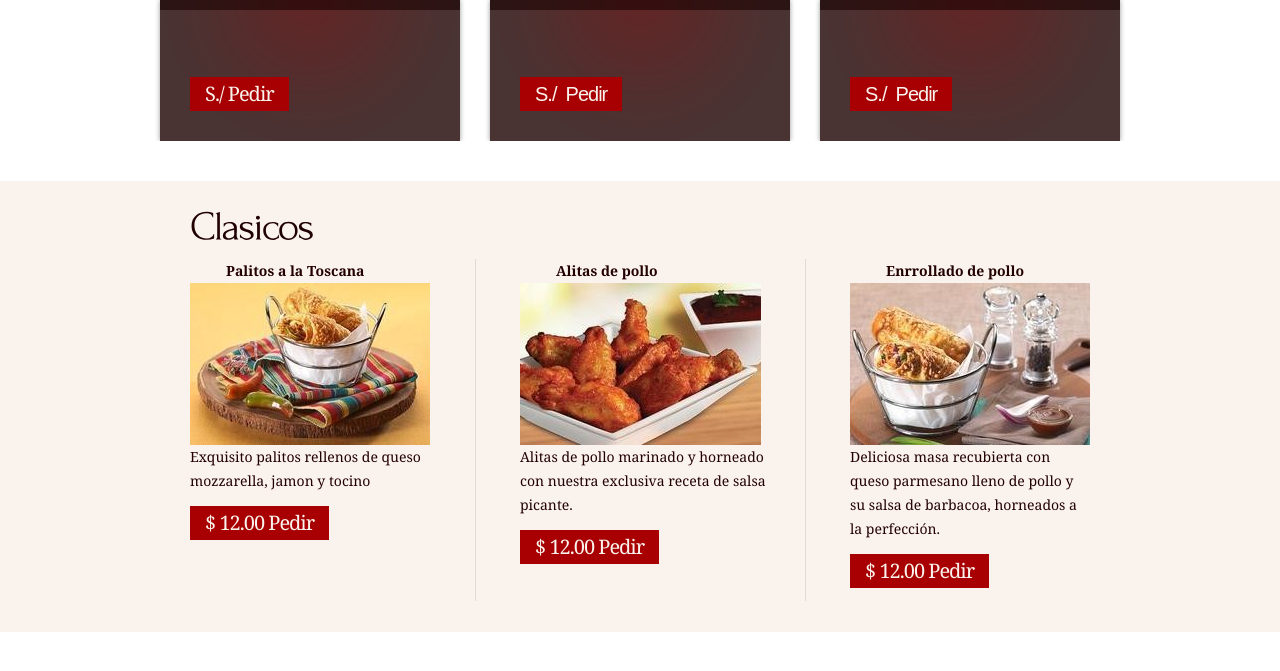
Repository: ProSoft-PDSI/sdsddo
Page: http://localhost/sdsr/Entrada
These files come from the project's save history. The page is drawn as it stood at one moment and after the next save; the edit follows.
The browser window is 1280 px wide. The pictures show the whole page.
The page is served by Tomcat 9. Queries for data that is not in the repository find no rows.

Above is the page before, as saved 2014-07-20 02:28:46.
Console error: TypeError: Cannot read properties of undefined (reading 'appendTo')

After the next save:
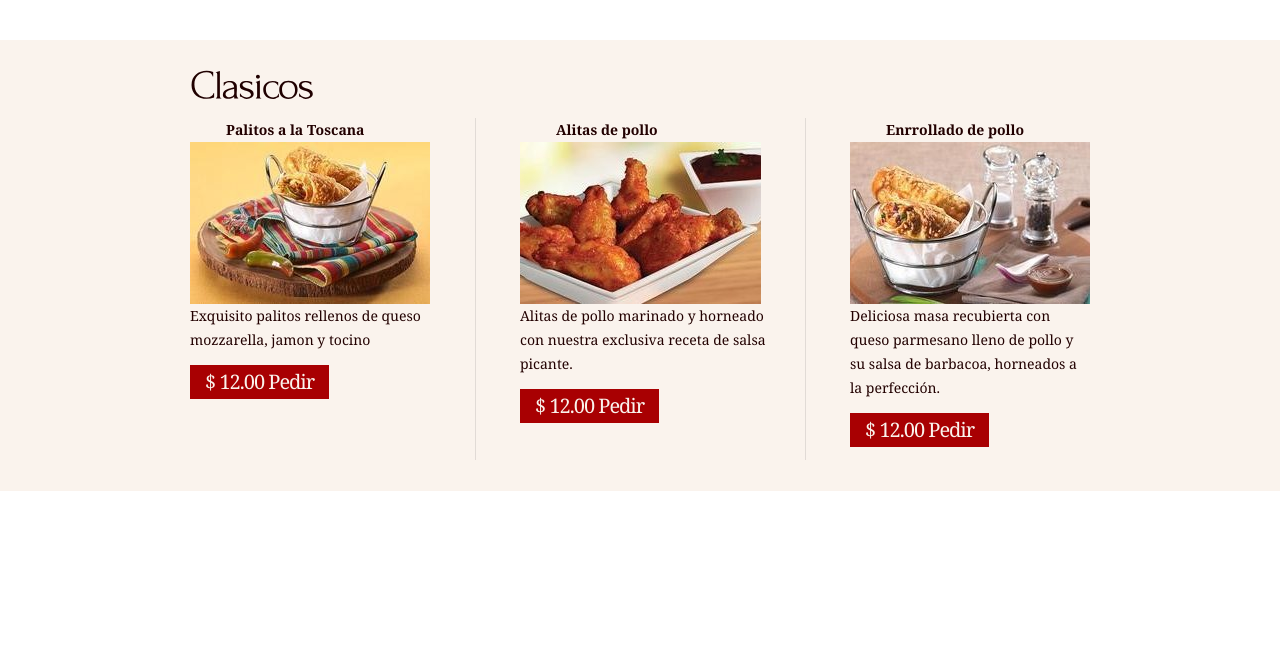
Saved 20 s later.
--- a/Web/sdsr/WebContent/Entrada.jsp
+++ b/Web/sdsr/WebContent/Entrada.jsp
@@ -20,7 +20,7 @@
 			<article id="content">
 				<div class="wrap">
 					<%int n = 1; %>
-			     <% for(int i=0;i<3;i++){ %>
+			     <c:forEach var = "i" items = "${requestScope.listamenu}" >
 					<% if(n == 1) { %>
 					<section class="cols">
 						<div class="box">
@@ -48,7 +48,7 @@
 					</section>
 				  <% } %>
 				  <% n++; %>
-				<% } %>
+				</c:forEach>
 				</div>
 			</article>
 		</div>
